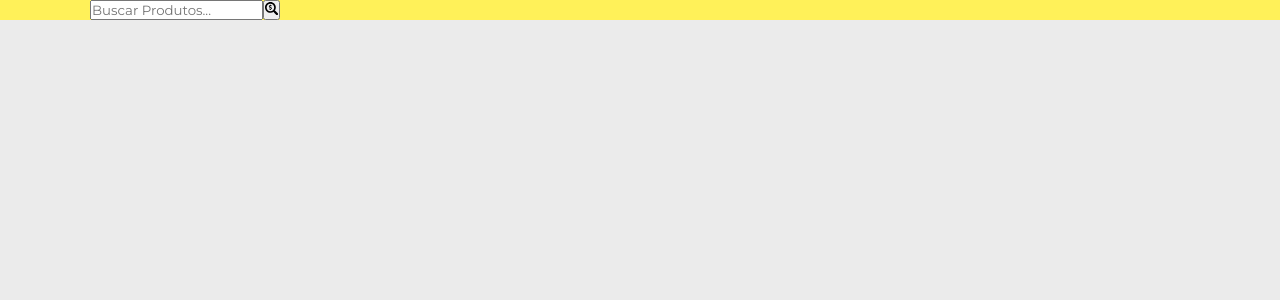
Repository: Gab23Oli/Projeto-de-Conclus-o---Shopping-Cart
Page: /
These files come from the project's save history. The page is drawn as it stood at one moment and after the next save; the edit follows.
The browser window is 1280 px wide. The pictures show the whole page.
The project was rebuilt for these pictures with package versions that can differ from the ones it lists, and the page was loaded fresh each time.

Above is the page before, as saved 2024-01-25 13:03:44.

After the next save:
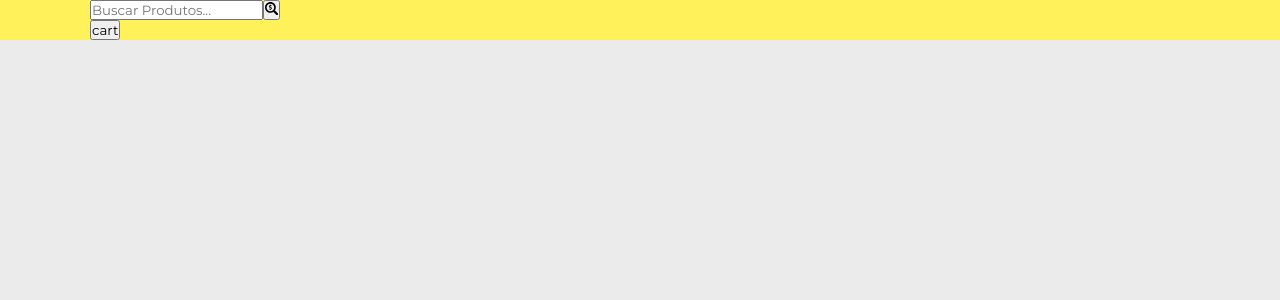
Saved 45 s later.
--- a/src/components/Header/Header.jsx
+++ b/src/components/Header/Header.jsx
@@ -8,6 +8,7 @@ function Header () {
     <header className="header">
       <div className="container">
         <SearchBar />
+        <button>cart</button>
       </div>
     </header>
   );

After the 3 saves that followed:
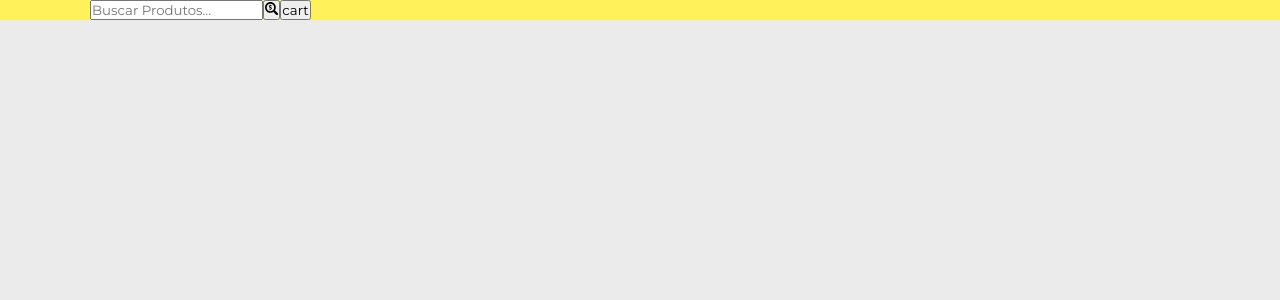
The 3 saves are shown as one change because 2 left the picture as it was.
The last was saved 90 s later.
--- a/src/components/Header/Header.css
+++ b/src/components/Header/Header.css
@@ -3,3 +3,7 @@
   position: fixed;
   width: 100%;
 }
+
+.header > div {
+  display: flex;
+}
